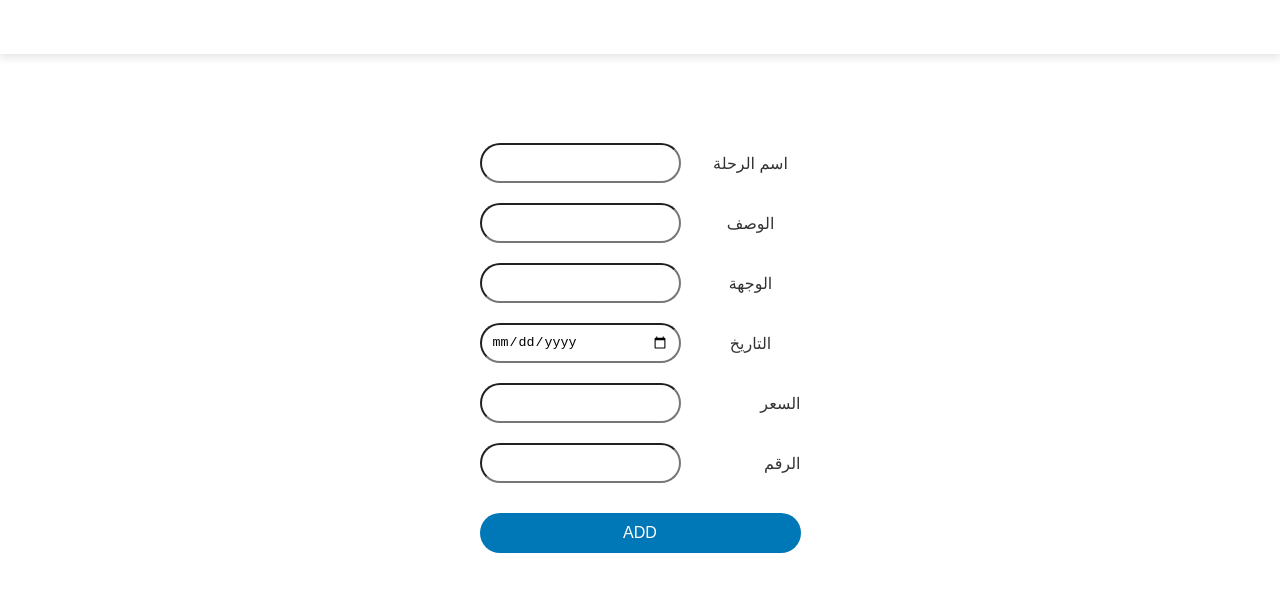
Repository: Yassin-Boushi/Safer
Page: http://localhost/add_flight
These files come from the project's save history. The page is drawn as it stood at one moment and after the next save; the edit follows.
The browser window is 1280 px wide. The pictures show the whole page.
The page is served by the project's Laravel application, run on PHP 8.4 with Laravel 9.

Above is the page before, as saved 2025-01-30 11:24:48.

After the next save:
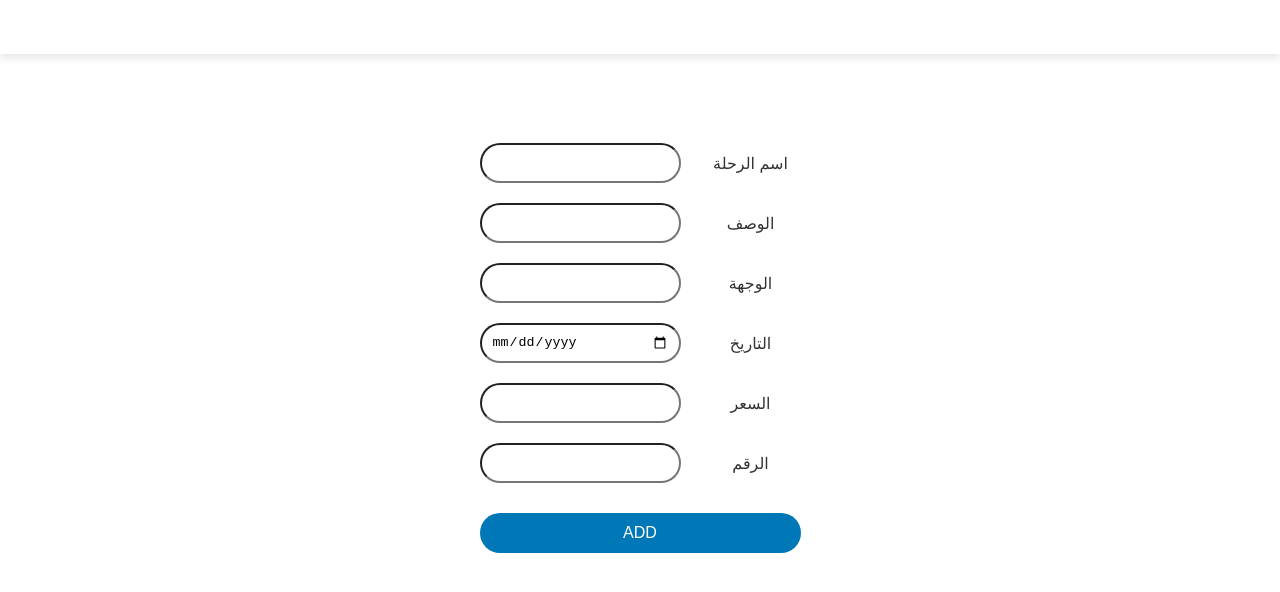
Saved 23 s later.
--- a/resources/views/flight/add.blade.php
+++ b/resources/views/flight/add.blade.php
@@ -28,13 +28,13 @@
 </div>
 <div>
     <label for="price">
-        <div> السعر</div>
+        السعر
     </label> <input class="" type="number" name="price" placeholder="" />
 
 </div>
 <div>
     <label for="number">
-        <div> الرقم</div>
+        الرقم
     </label> <input class="" type="number" name="number" placeholder="" />
 
 </div>
